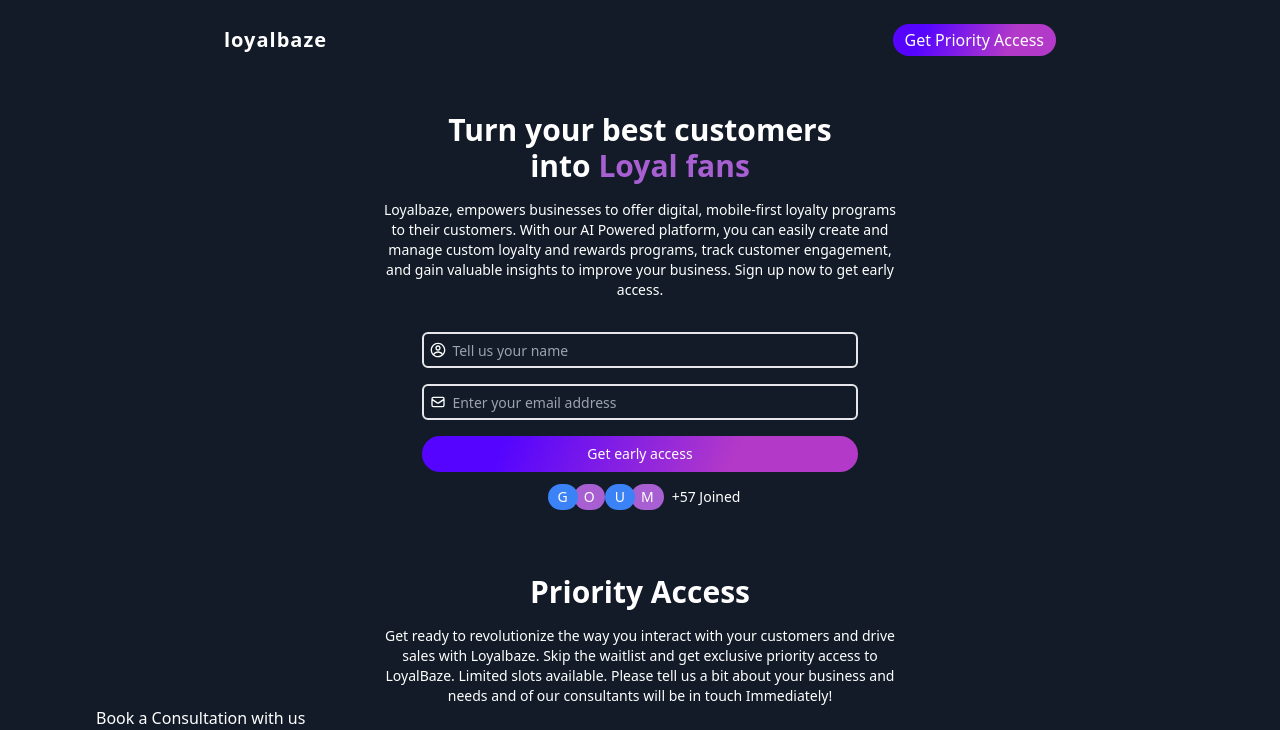
Repository: Jerified/loyalbaze
Page: /
An editor plug-in stored every save of this project. The page is shown before and after a run of saves, followed by the edit.
The browser window is 1280 px wide. The pictures show the whole page.
The project was rebuilt for these pictures with package versions that can differ from the ones it lists, and the page was loaded fresh each time. The framework's server and built-in components were replaced by stand-ins that run in the browser. Also part of the build but not shown: next.config.js.

Above is the page before, as saved 2023-02-11 07:23:09.

After the next 4 saves:
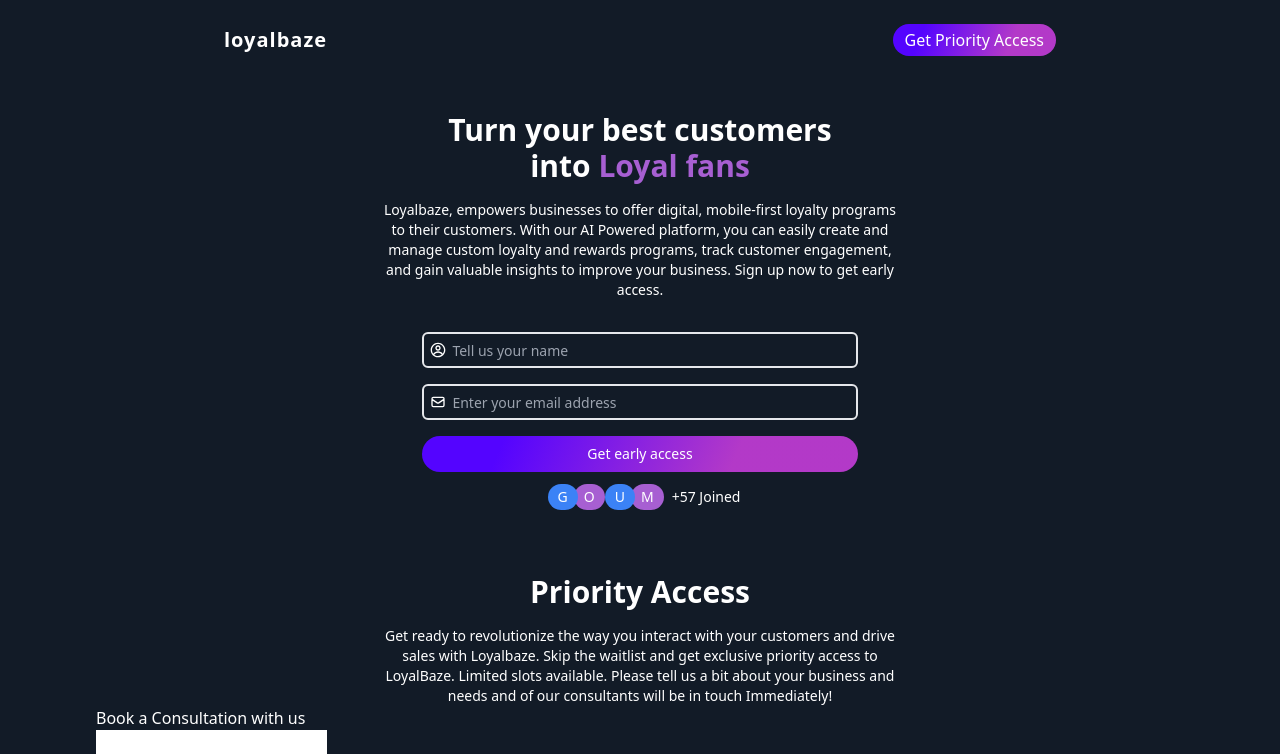
The 4 saves are shown as one change because they came seconds apart.
The last was saved 15 s later.
--- a/src/components/Form.tsx
+++ b/src/components/Form.tsx
@@ -16,7 +16,7 @@
         </div>
         <form action="" className="">
             <p className="">Book a Consultation with us</p>
-
+            <input type="text" className="" />
         </form>
       </main>
     </>
